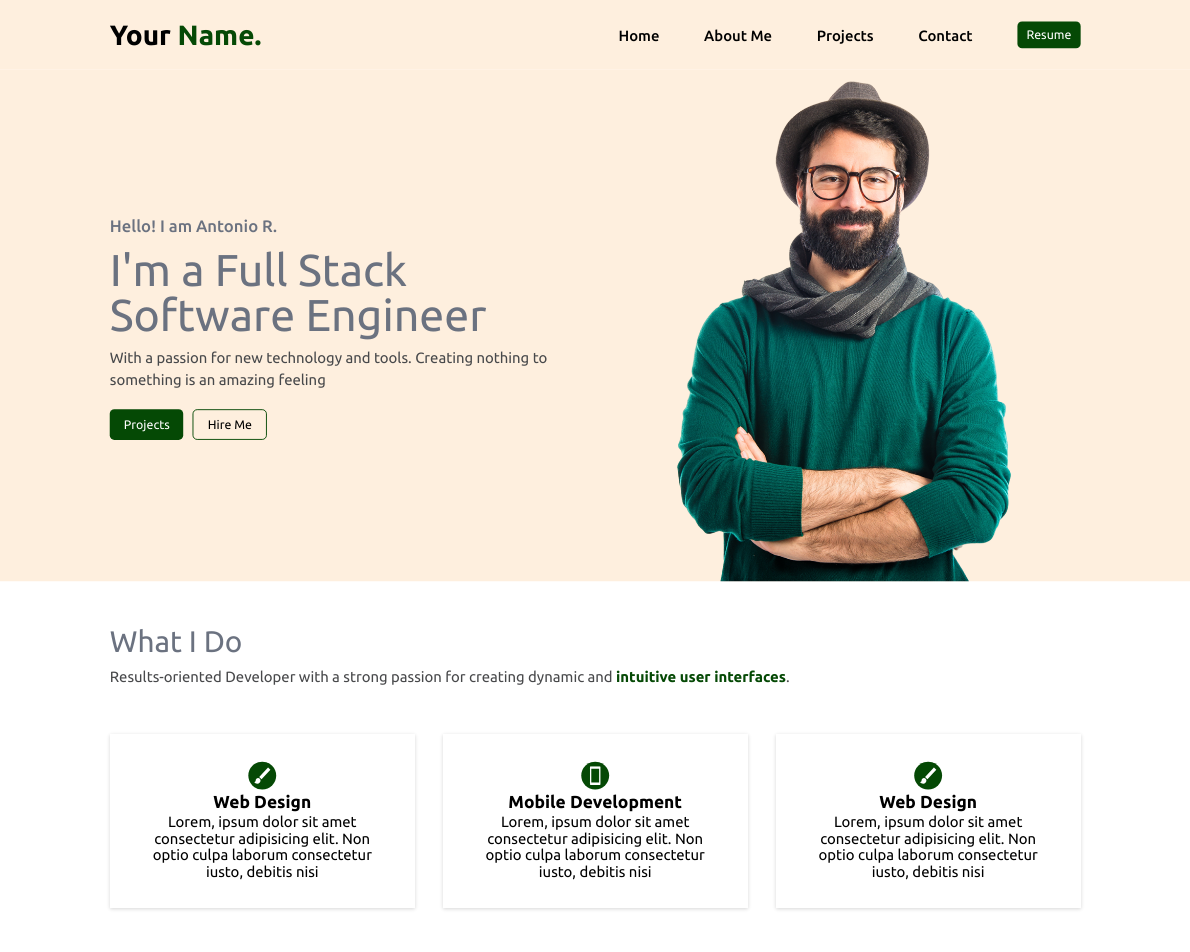
Repository: DevAntonioRogers/vanilla-portfolio
Page: index.html
These files come from the project's save history. The page is drawn as it stood at one moment and after the next save; the edit follows.
The browser window is 1280 px wide. The pictures show the whole page, at 93% of full size.

Above is the page before, as saved 2023-07-14 23:01:38.

### index.html
<!DOCTYPE html>
<html lang="en">
  <head>
    <meta charset="UTF-8" />
    <meta name="viewport" content="width=device-width, initial-scale=1.0" />
    <link rel="stylesheet" href="style.css" />
    <script type="module" src="https://unpkg.com/ionicons@7.1.0/dist/ionicons/ionicons.esm.js"></script>
    <script nomodule src="https://unpkg.com/ionicons@7.1.0/dist/ionicons/ionicons.js"></script>
    <title>Antonio Rogers</title>
  </head>
  <body>
    <nav>
      <div class="container navbar">
        <a href="/" aria-label="Home">
          <h1>Your <span>Name.</span></h1></a
        >
        <ul>
          <li>
            <a href="/" aria-label="Home">Home</a>
          </li>
          <li>
            <a href="/" aria-label="About Me">About Me</a>
          </li>
          <li>
            <a href="/" aria-label="Projects">Projects</a>
          </li>
          <li>
            <a href="/" aria-label="Contact">Contact</a>
          </li>
          <li>
            <a href="/resume.pdf" download aria-label="Download Resume">
              <button class="navbar-button">Resume</button>
            </a>
          </li>
        </ul>
      </div>
    </nav>

    <section class="hero">
      <div class="container hero-container">
        <div class="hero-info">
          <h4>Hello! I am Antonio R.</h4>
          <h1>I'm a Full Stack Software Engineer</h1>
          <p>With a passion for new technology and tools. Creating nothing to something is an amazing feeling</p>

          <div class="hero-btn-container">
            <button>Projects</button>
            <button>Hire Me</button>
          </div>
        </div>

        <div class="hero-image-container">
          <img src="hero.png" alt="" />
        </div>
      </div>
    </section>

    <section class="skills">
      <div class="container skills-container">
        <div class="skills-heading">
          <h2>What I Do</h2>
          <p>
            Results-oriented Developer with a strong passion for creating dynamic and
            <span>intuitive user interfaces</span>.
          </p>
        </div>

        <div class="skills-boxes">
          <div class="skill-box">
            <ion-icon name="brush-sharp"></ion-icon>
            <h3>Web Design</h3>
            <p>
              Lorem, ipsum dolor sit amet consectetur adipisicing elit. Non optio culpa laborum consectetur iusto,
              debitis nisi
            </p>
          </div>
          <div class="skill-box">
            <ion-icon name="phone-portrait-sharp"></ion-icon>
            <h3>Mobile Development</h3>
            <p>
              Lorem, ipsum dolor sit amet consectetur adipisicing elit. Non optio culpa laborum consectetur iusto,
              debitis nisi
            </p>
          </div>
          <div class="skill-box">
            <ion-icon name="brush-sharp"></ion-icon>
            <h3>Web Design</h3>
            <p>
              Lorem, ipsum dolor sit amet consectetur adipisicing elit. Non optio culpa laborum consectetur iusto,
              debitis nisi
            </p>
          </div>
        </div>
      </div>
    </section>
  </body>
</html>

### style.css
@import url("https://fonts.googleapis.com/css2?family=Ubuntu:wght@300;400;500;700&display=swap");

* {
  box-sizing: border-box;
  padding: 0;
  margin: 0;
  font-family: "Ubuntu", sans-serif;
}

a {
  text-decoration: none;
  color: inherit;
}

li {
  list-style: none;
}

.container {
  width: 89%;
  margin: auto;
  max-width: 1044px;
}

ion-icon {
  background-color: rgb(5, 73, 5);
  padding: 5px;
  font-size: 20px;
  color: white;
  border-radius: 50px;
}

/* NAVBAR STYLING */

nav {
  background: #feefde;
  padding: 20px 0;
}

.navbar {
  display: flex;
  justify-content: space-between;
  align-items: center;
}

.navbar h1 {
  font-size: 30px;
  font-weight: 700;
}

.navbar span {
  color: rgb(5, 73, 5);
}

.navbar ul {
  display: flex;
  align-items: center;
  gap: 3rem;
}

.navbar ul li {
  font-weight: 500;
}

.navbar-button {
  background-color: rgb(5, 73, 5);
  padding: 7px 10px;
  border-radius: 5px;
  color: white;
  border: none;
}

/* HERO STYLES */

.hero {
  background-color: #feefde;
}

.hero-container {
  display: grid;
  grid-template-columns: repeat(2, minmax(0, 1fr));
  align-items: center;
  gap: 1.5rem;
}

.hero-image-container {
  display: flex;
  justify-content: center;
  align-items: center;
}

.hero-info h4 {
  font-size: 1.12rem;
  line-height: 1.75rem;
  color: #6b7280;
  font-weight: 500;
  margin-bottom: 10px;
}

.hero-info h1 {
  font-size: 3rem;
  line-height: 1;
  color: #6b7280;
  font-weight: 400;
  margin-bottom: 10px;
}

.hero-info p {
  font-size: 1rem;
  line-height: 1.5rem;
  font-weight: 400;
  color: #48494b;
}

.hero-btn-container {
  margin-top: 20px;
  display: flex;
  gap: 10px;
}
.hero-btn-container button:nth-child(1) {
  background-color: rgb(5, 73, 5);
  color: white;
  border: none;
  padding: 8px 15px;
  border-radius: 5px;
}

.hero-btn-container button:nth-child(2) {
  background-color: transparent;
  padding: 8px 15px;
  border-radius: 5px;
  border: solid 1px rgb(5, 73, 5);
}

.hero-container img {
  height: 550px;
  position: relative;
}

/* Skills Styles */

.skills {
  padding: 3rem 0;
}

.skills-heading h2 {
  font-size: 2rem;
  line-height: 1;
  color: #6b7280;
  font-weight: 400;
  margin-bottom: 10px;
}

.skills-heading p {
  font-size: 1rem;
  line-height: 1.5rem;
  font-weight: 400;
  color: #48494b;
}

.skills-heading span {
  color: rgb(5, 73, 5);
  font-weight: 700;
}

.skills-boxes {
  display: grid;
  grid-template-columns: repeat(3, minmax(0, 1fr));
  gap: 30px;
  text-align: center;
  margin-top: 50px;
}

.skill-box {
  box-shadow: rgba(0, 0, 0, 0.16) 0px 1px 4px;
  padding: 30px;
}

After the next save:
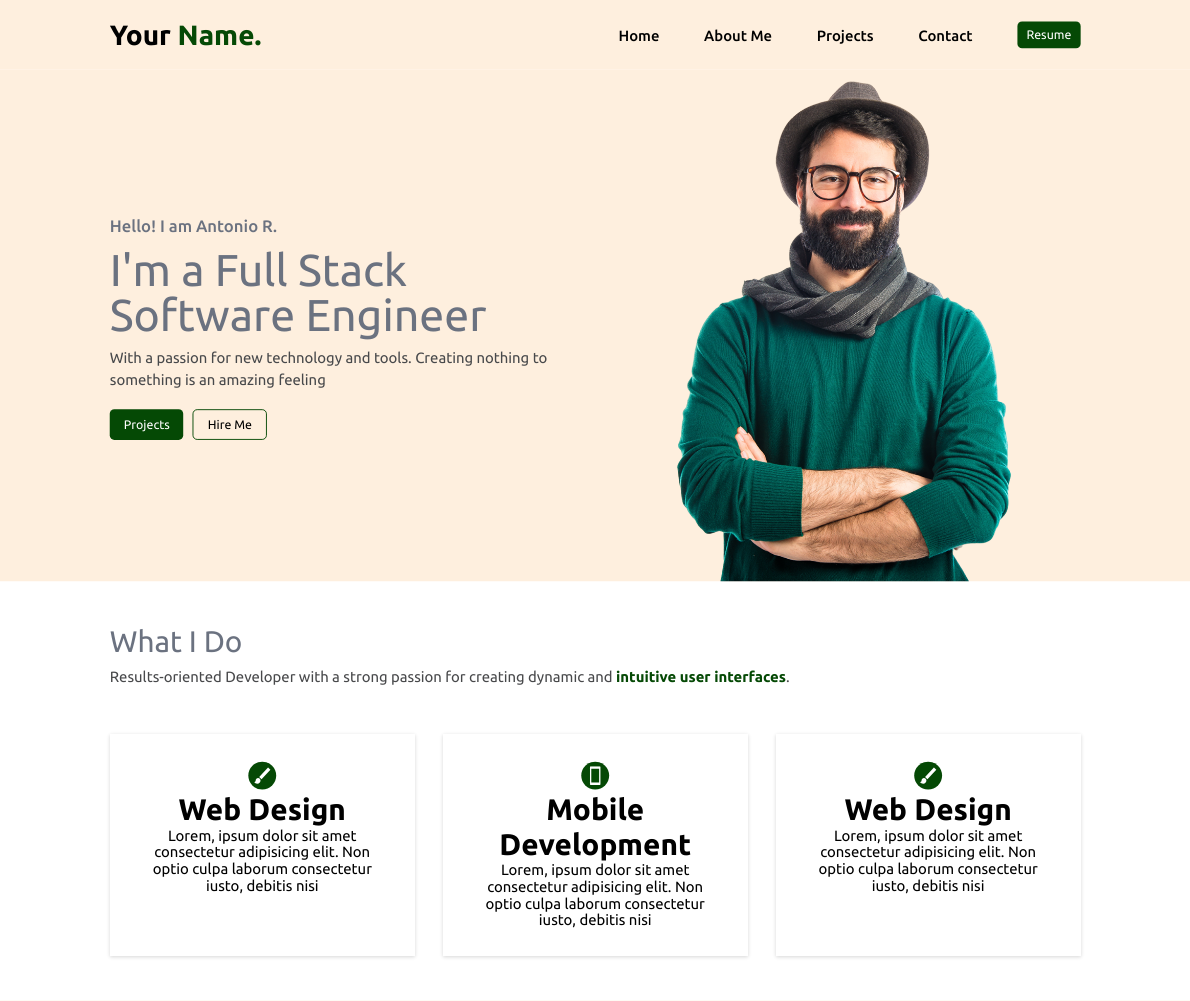
Saved 3 min 23 s later.
--- a/style.css
+++ b/style.css
@@ -175,3 +175,7 @@ nav {
   box-shadow: rgba(0, 0, 0, 0.16) 0px 1px 4px;
   padding: 30px;
 }
+
+.skill-box h3 {
+  font-size: 2rem;
+}

After the save that followed:
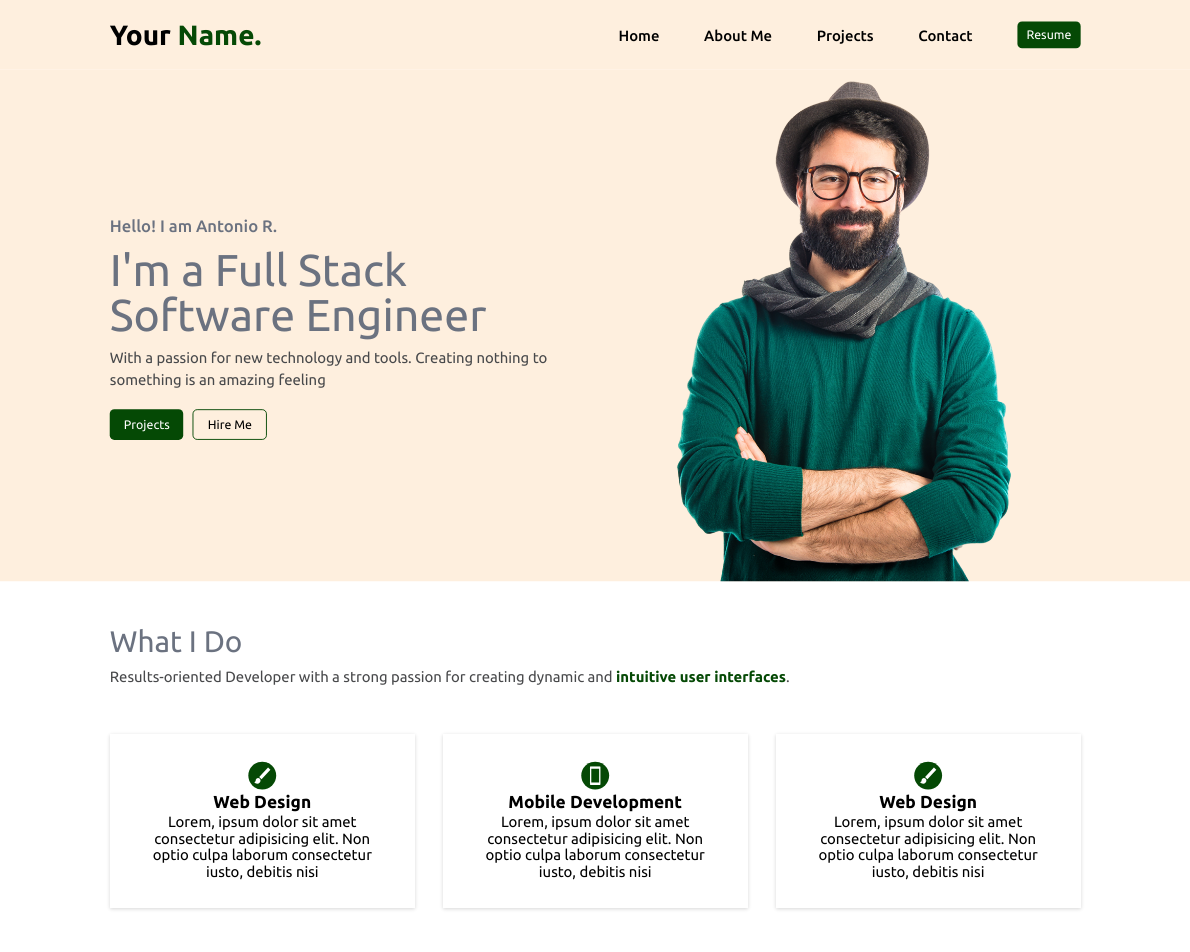
Saved 6 s later.
--- a/style.css
+++ b/style.css
@@ -177,5 +177,5 @@ nav {
 }
 
 .skill-box h3 {
-  font-size: 2rem;
+  font-size: ;
 }
